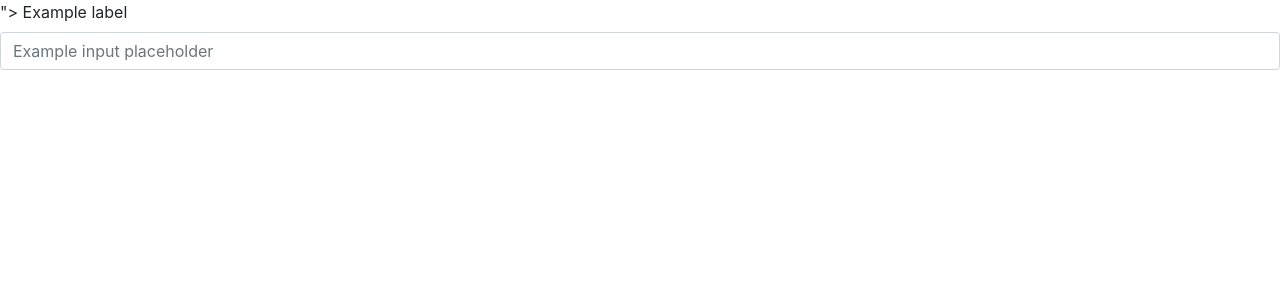
Repository: baobaodeveloper/bootcamp21__array__HuynhAnhBao
Page: index.html
The author's editor kept a copy of each file at every save. The page is drawn from the files as they stood at one save, then again after the next save.
The browser window is 1280 px wide. The pictures show the whole page.

Above is the page before, as saved 2022-03-20 16:23:14.

### index.html
<!DOCTYPE html>
<html lang="en">
  <head>
    <title>JavaScript Array</title>
    <!-- Required meta tags -->
    <meta charset="utf-8" />
    <meta
      name="viewport"
      content="width=device-width, initial-scale=1, shrink-to-fit=no"
    />

    <!-- Bootstrap CSS -->
    <link
      rel="stylesheet"
      href="https://stackpath.bootstrapcdn.com/bootstrap/4.3.1/css/bootstrap.min.css"
      integrity="sha384-ggOyR0iXCbMQv3Xipma34MD+dH/1fQ784/j6cY/iJTQUOhcWr7x9JvoRxT2MZw1T"
      crossorigin="anonymous"
    />
  </head>
  <body>
    <div class="<i class="fas fa-truck-container    "></i>">
      <label for="formGroupExampleInput" class="form-label"
        >Example label</label
      >
      <input
        type="text"
        class="form-control"
        id="formGroupExampleInput"
        placeholder="Example input placeholder"
      />
    </div>
    <!-- Optional JavaScript -->
    <!-- jQuery first, then Popper.js, then Bootstrap JS -->
    <script
      src="https://code.jquery.com/jquery-3.3.1.slim.min.js"
      integrity="sha384-q8i/X+965DzO0rT7abK41JStQIAqVgRVzpbzo5smXKp4YfRvH+8abtTE1Pi6jizo"
      crossorigin="anonymous"
    ></script>
    <script
      src="https://cdnjs.cloudflare.com/ajax/libs/popper.js/1.14.7/umd/popper.min.js"
      integrity="sha384-UO2eT0CpHqdSJQ6hJty5KVphtPhzWj9WO1clHTMGa3JDZwrnQq4sF86dIHNDz0W1"
      crossorigin="anonymous"
    ></script>
    <script
      src="https://stackpath.bootstrapcdn.com/bootstrap/4.3.1/js/bootstrap.min.js"
      integrity="sha384-JjSmVgyd0p3pXB1rRibZUAYoIIy6OrQ6VrjIEaFf/nJGzIxFDsf4x0xIM+B07jRM"
      crossorigin="anonymous"
    ></script>
    <script src="app.js"></script>
  </body>
</html>

Loaded but not shown: app.js (no copy from this time; the picture is the same without it)

After the next save:
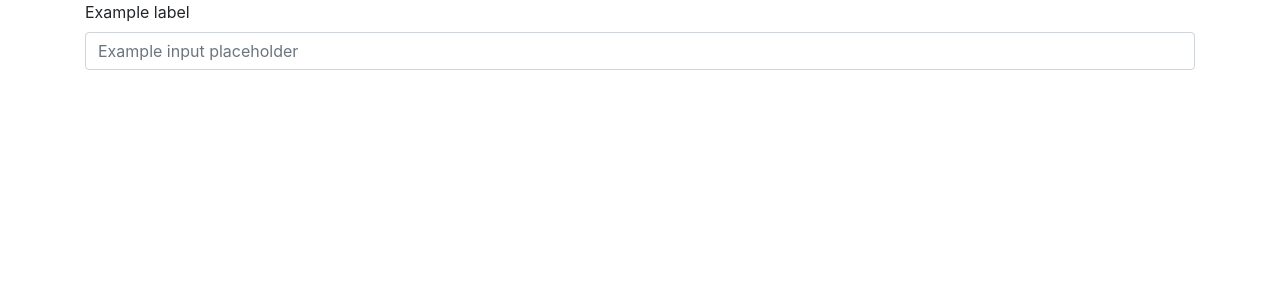
Saved 5 s later.
--- a/index.html
+++ b/index.html
@@ -18,7 +18,7 @@
     />
   </head>
   <body>
-    <div class="<i class="fas fa-truck-container    "></i>">
+    <div class="container">
       <label for="formGroupExampleInput" class="form-label"
         >Example label</label
       >
